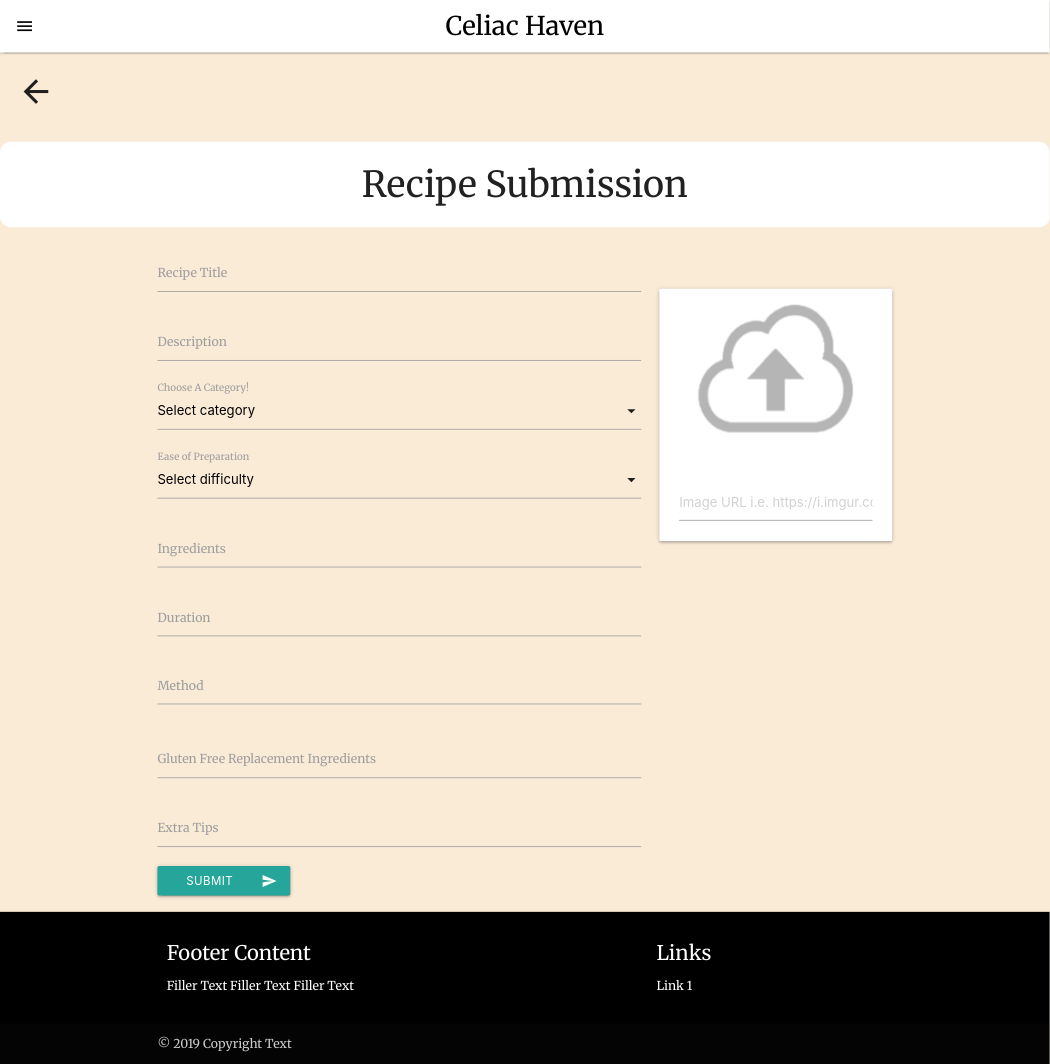
Repository: DanielJMaia/cookbook-project
Page: http://localhost/add_recipe
The author's editor kept a record of every edit. The page is drawn from the files as they stood at one moment, then again after the next edit.
The browser window is 1280 px wide. The pictures show the whole page, at 82% of full size.
Some web fonts or font styles are not loaded; a fallback is used. The page is served by the project's application, run on Flask 3 (app.py). Queries for data that is not in the repository find no rows.

Above is the page before.

### templates/add_recipe.html
{% extends 'base.html' %} {% block content %}
<div class="row">
    <div class="col s12">
        <i class="material-icons" id="back_icon">arrow_back</i>
    </div>
</div>
<h3 class="center-align" id="submit_recipe_header">Recipe Submission</h3>
<form action="{{url_for('insert_recipe')}}" method="POST" class="col s12 m8" autocomplete="off">
    <div class="container">
        <div class="row">
            <div class="col s11 m4 submit_image_spacing">
                <div class="card">
                    <div class="card-image">
                        <img src="/static/img/shrunk_upload.png" class="image">
                    </div>
                    <div class="card-content">
                        <input id="add_image" type="text" class="validate" name="url" placeholder="Image URL i.e. https://i.imgur.com/PuHbs0g.jpg" required>
                    </div>
                </div>
            </div>
            <div class="input-field col s11 m8">
                <input id="recipe_title" type="text" class="validate" name="title" required>
                <label for="recipe_title">Recipe Title</label>
            </div>
            <div class="input-field col s11 m8">
                <input id="recipe_description" type="text" class="validate" name="description" required>
                <label for="recipe_description">Description</label>
            </div>
            <div class="input-field col s11 m8">
                <select name="category" required>
                        <option selected disabled value>Select category</option>
                    {% for cat in second_category %}
                        <option value="{{ cat.category }}" >{{ cat.category }}</option>
                    {% endfor %}
                </select>
                <label>Choose A Category!</label>
            </div>
            <div class="input-field col s11 m8">
                <select name="difficulty" required>
                        <option selected disabled value>Select difficulty</option>
                    {% for diff in difficulty %}
                        <option value="{{ diff.difficulty }}" >{{ diff.difficulty }}</option>
                    {% endfor %}
                </select>
                <label>Ease of Preparation</label>
            </div>
            <div class="input-field col s11 m8">
                <input id="ingredients" type="text" class="validate" name="ingredients" required>
                <label for="ingredients">Ingredients</label>
            </div>
            <div class="input-field col s11 m8">
                <input id="duration" type="text" class="validate" name="prep_duration" required>
                <label for="duration">Duration</label>
            </div>
            <div class="input-field col s11 m8">
                <textarea id="textarea1" class="materialize-textarea" name="method" required></textarea>
                <label for="textarea1">Method</label>
            </div>
            <div class="input-field col s11 m8">
                <input id="gf_ingredient" type="text" class="validate" name="gf_ingredient">
                <label for="gf_ingredient">Gluten Free Replacement Ingredients</label>
            </div>
            <div class="input-field col s11 m8">
                <input id="tips" type="text" class="validate" name="tips">
                <label for="tips">Extra Tips</label>
            </div>
            <div class="col s12 center-align">
                <button class="btn waves-effect waves-light button_form_min_width" type="submit" name="action">Submit
                    <i class="material-icons right">send</i>
                </button>
            </div>
        </div>
    </div>
</form>
{% endblock %}

### templates/base.html
<!DOCTYPE html>
<html lang="en">

<head>
    <meta charset="UTF-8">
    <meta name="viewport" content="width=device-width, initial-scale=1.0">
    <meta http-equiv="X-UA-Compatible" content="ie=edge">
    <title>GF Recipes!</title>

    <link rel="stylesheet" href="https://cdnjs.cloudflare.com/ajax/libs/materialize/1.0.0/css/materialize.min.css">
    <link href="https://fonts.googleapis.com/icon?family=Material+Icons" rel="stylesheet">
    <link href="https://fonts.googleapis.com/css?family=Merriweather|Solway&display=swap" rel="stylesheet">
    <link rel="stylesheet" href="{{url_for('static', filename='css/style.css')}}" type="text/css" />
</head>

<body>
    <header>
        <nav class="white">
            <div class="nav-wrapper">
                <a href="{{url_for('home')}}" class="brand-logo center black-text">Celiac Haven</a>
                <a href="#" data-target="mobile-demo" class="sidenav-trigger show-on-large"><i class="material-icons black-text">menu</i></a>
            </div>
        </nav>



        <ul class="sidenav" id="mobile-demo">
            <li><a href="{{url_for('home')}}">Home</a></li>
            <li><a href="{{url_for('add_recipe')}}">Add A Recipe</a></li>
            {% for cat in categories %}
            <li><a href="{{url_for('get_recipes', recipe_category=cat.category)}}">{{ cat.category }}</a></li>
            {% endfor %}
        </ul>


    </header>
    <main>
        {% block content %} {% endblock %}
    </main>

    <footer class="page-footer black">
        <div class="container">
            <div class="row">
                <div class="col l6 s12">
                    <h5 class="white-text">Footer Content</h5>
                    <p class="white-text text-lighten-4">Filler Text Filler Text Filler Text</p>
                </div>
                <div class="col l4 offset-l2 s12">
                    <h5 class="white-text">Links</h5>
                    <ul>
                        <li><a class="white-text text-lighten-3" href="#!">Link 1</a></li>
                    </ul>
                </div>
            </div>
        </div>
        <div class="footer-copyright">
            <div class="container">
                © 2019 Copyright Text
            </div>
        </div>
    </footer>

    <script src="https://cdnjs.cloudflare.com/ajax/libs/jquery/3.4.1/jquery.js" integrity="sha256-WpOohJOqMqqyKL9FccASB9O0KwACQJpFTUBLTYOVvVU=" crossorigin="anonymous"></script>
    <script src="https://cdnjs.cloudflare.com/ajax/libs/materialize/1.0.0/js/materialize.min.js"></script>
    <script type="text/javascript" src="/static/js/initialization.js"></script>

</body>

</html>

### app.py
import os
import env
from flask import Flask, render_template, redirect, request, url_for
from flask_pymongo import PyMongo
from bson.objectid import ObjectId

app = Flask(__name__)

app.config["MONGO_DBNAME"] = 'milestone-project-cookbook'
app.config['MONGO_URI'] = os.getenv('MONGO_URI', "Env value not loaded")

mongo = PyMongo(app)

@app.route('/')
def home():
    return render_template("index.html",
    categories=mongo.db.categories.find(),
    second_category=mongo.db.categories.find())

@app.route('/get_recipes/<recipe_category>')
def get_recipes(recipe_category):
    return render_template("recipes.html",
    categories=mongo.db.categories.find(),
    recipes=mongo.db.recipes.find({"category": recipe_category}))

@app.route('/add_recipe')
def add_recipe():
    return render_template("add_recipe.html",
    categories=mongo.db.categories.find(),
    second_category=mongo.db.categories.find(),
    difficulty=mongo.db.difficulty.find())

@app.route('/insert_recipe', methods=["POST"])
def insert_recipe():
    recipes = mongo.db.recipes
    recipes.insert_one(request.form.to_dict())
    return redirect(url_for('home'))

@app.route('/edit_recipe/<recipe_id>')
def edit_recipe(recipe_id):
    _recipe = mongo.db.recipes.find_one({"_id": ObjectId(recipe_id)})
    _categories = mongo.db.categories.find()
    _difficulty = mongo.db.difficulty.find()
    category_list = [category for category in _categories]
    return render_template('edit_recipe.html', recipe=_recipe, categories=category_list, difficulty=_difficulty)

@app.route('/update_recipe/<recipe_id>', methods=["POST"])
def update_recipe(recipe_id):
    recipes = mongo.db.recipes
    recipes.update({'_id': ObjectId(recipe_id)},
    {
        'title' : request.form.get('title'),
        'category' : request.form.get('category'),
        'gf_ingredient' : request.form.get('gf_ingredient'),
        'prep_duration' : request.form.get('prep_duration'),
        'difficulty' : request.form.get('difficulty'),
        'method' : request.form.get('method'),
        'ingredients' : request.form.get('ingredients'),
        'description' : request.form.get('description'),
        'tips' : request.form.get('tips')
    })
    return redirect(url_for('home'))

@app.route('/view_recipe/<recipe_id>')
def view_recipe(recipe_id):
    return render_template('view_recipe.html',
    recipes = mongo.db.recipes.find({"_id": ObjectId(recipe_id)}), categories=mongo.db.categories.find())


if __name__  == '__main__':
    app.run(host=os.environ.get('IP'),
    port=int(os.environ.get('PORT')),
    debug=True)

### static/css/style.css
body {
  display: flex;
  min-height: 100vh;
  flex-direction: column;
  font-family: 'Solway', 'Merriweather', serif;
  background-color: #faebd7;
}

main {
  flex: 1 0 auto;
}

.brand-logo {
  width: fit-content;
}

#quote {
  background-image: url("https://i.imgur.com/PuHbs0g.jpg");
  background-size: cover;
  padding-top: 17rem;
  text-align: center;
  height: 55rem;
  text-shadow: 0.5px 0.5px #aaa6a6;
}

.quote_header {
  background-color: white;
  width: fit-content;
  padding: 13px;
  border-radius: 6px;
  margin-left: 15px;
  margin-right: 15px;
}


#submit_recipe_header {
  background-color: white;
  margin-left: auto;
  margin-right: auto;
  border-radius: 13px;
  padding: 28px;
}

.recipe_modify_container {
  background-color: white;
  padding: 25px;
  border-radius: 13px;
  margin-bottom: 40px;
}

.button_form_min_width {
  min-width: 162px;
  float: left;
}

.submit_image_spacing {
  padding-top: 50px!important;
  float: right!important;
}

.recipe_banner {
  background-size: cover;
  resize: both;
}

.recipe_information_box {
  width: 100%
}

.recipe_image_information_container {
  position: relative;
}

.recipe_information {
  background-color: white;
  margin: -2rem;
  padding: 2rem;
}

#recipe_image {
  height: auto;
  width: 100%;
  position: relative;
}

.responsive_image {
  object-fit: cover;
  height: 20rem;
}

#back_icon {
  padding: 10px;
  font-size: 3rem;
  border-radius: 100%;
  margin-top: 1rem;
  cursor: pointer;
}


.separation {
  min-height: 2rem;
  background-color: #faebd7;
}

.edit_button {
  float: right;
}

.card-content {
  max-height: 95px;
}

/* Text Decoration Classes */

.underline {
  text-decoration: underline;
}


@media (min-width: 768px) {
  .recipe_information_box {
    position: absolute;
    right: 5%;
    top: 5%;
    width: 40%;
  }
  .quote_header {
    margin-left: auto;
    margin-right: auto;
  }
  #recipe_information_row {
    padding: 0 25px 0 25px;
  }
}

@media (min-width: 1000px) {
  .recipe_information_box {
    width: 30%;
  }
}


@media (min-width: 1200px) {
  .recipe_information_box {
    width: 20%;
  }
}

@media (min-width: 2560px) {}

@media (min-width: 3840px) {}

### static/js/initialization.js
$(document).ready(function() {
    $('.sidenav').sidenav();
    $('.tabs').tabs();
    $('input#input_text, textarea#textarea2').characterCounter();
    $('select').formSelect();
});

document.getElementById("back_icon").addEventListener("click", goBack)

function goBack(){
    window.history.back();
}

After the next edit:
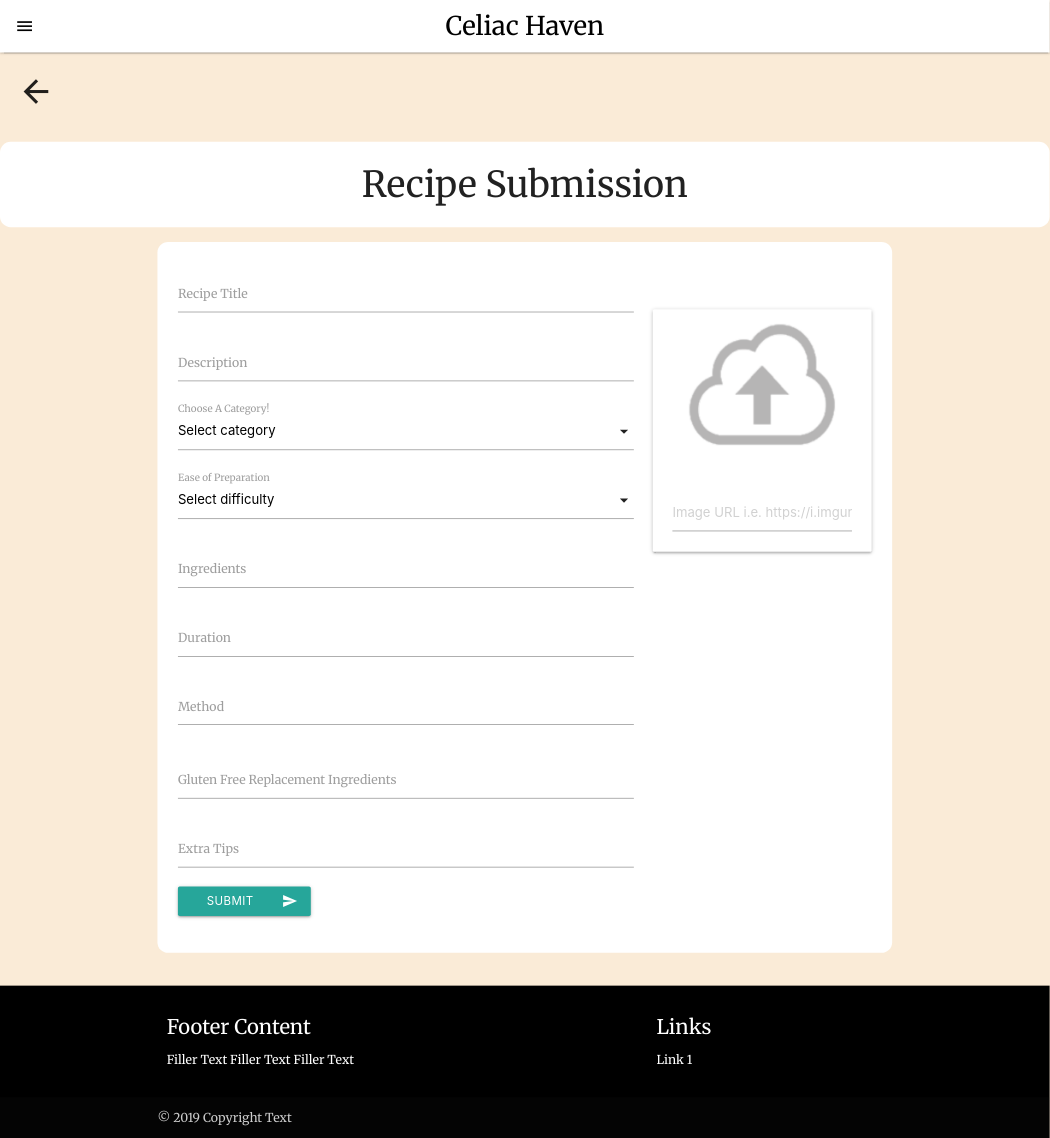
The edit:
--- a/templates/add_recipe.html
+++ b/templates/add_recipe.html
@@ -6,7 +6,7 @@
 </div>
 <h3 class="center-align" id="submit_recipe_header">Recipe Submission</h3>
 <form action="{{url_for('insert_recipe')}}" method="POST" class="col s12 m8" autocomplete="off">
-    <div class="container">
+    <div class="container recipe_modify_container">
         <div class="row">
             <div class="col s11 m4 submit_image_spacing">
                 <div class="card">
